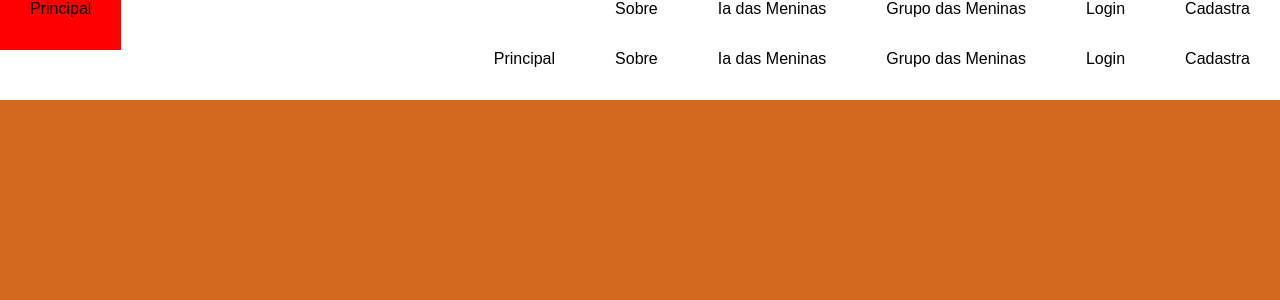
Repository: joaobatistafrontend/pref
Page: http://localhost/
These files come from the project's save history. The page is drawn as it stood at one moment and after the next save; the edit follows.
The browser window is 1280 px wide. The pictures show the whole page.
The page is served by the project's application, run on Django 4.2 (manage.py). Other server files are loaded and not shown.

Above is the page before, as saved 2024-07-26 15:04:01.

### templates/index.html
{% load  static %}
<!DOCTYPE html>
<html lang="en">
<head>
    <meta charset="UTF-8">
    <meta name="viewport" content="width=device-width, initial-scale=1.0">
    <title>Document</title>

    {% load static %}
    <link rel="stylesheet" href="{% static 'css/index.css' %}"></head>
<body>
        <nav>
            <ul>
                <li><a href="">Principal</a></li>
                <li><a href="">Sobre</a></li>
                <li><a href="">Ia das Meninas</a></li>
                <li><a href="">Grupo das Meninas</a></li>
                <li><a href="">Login</a></li>
                <li><a href="">Cadastra</a></li>
                <li class="menu-button"><a href=""><img src="{% static 'img/burger-menu-svgrepo-com.svg' %}" alt=""></a></li>
            </ul>
            <ul>
                <li class="menu-button"><a href=""><img src="{% static 'img/burger-menu-svgrepo-com.svg' %}" alt=""></a></li>
                <li><a href="">Principal</a></li>
                <li><a href="">Sobre</a></li>
                <li><a href="">Ia das Meninas</a></li>
                <li><a href="">Grupo das Meninas</a></li>
                <li><a href="">Login</a></li>
                <li><a href="">Cadastra</a></li>
            </ul>


        </nav>
</body>
</html>

### chat_app/views.py
#https://espere.in/Build-your-chatbot-with-the-power-of-Gemini-API-using-Django/
from django.shortcuts import render, reverse
from django.contrib.auth.decorators import login_required
from .models import ChatBot
from django.http import HttpResponseRedirect, JsonResponse
import google.generativeai as genai
from .treinamentos import contexto_inicial, contexto_de_estudos
#chave api
genai.configure(api_key="AIzaSyCkg2khwEkqTQ7kYa8gVzsz2bWWpweUEO8")


@login_required
def ask_question(request):
    if request.method == "POST":
        text = request.POST.get("text")#receber o texto do user
        model = genai.GenerativeModel("gemini-pro")#modelo da ia

        chat = model.start_chat()#iniciar um chat

        #receber o texto do usuario como parametro
        response = chat.send_message(f"O assunto que vamos conversar é sobre responder perguntas frequentes e prestar suporte a assuntos relacionados às políticas públicas voltadas para as mulheres. Tenha conhecimento e forneça aconselhamento acessível para o {user}. Use as seguintes leis e contextos para ajudar: {contexto_inicial} e {contexto_de_estudos}. Foque em dados do Ceará. Mantenha o foco em responder perguntas frequentes e prestar suporte a assuntos relacionados às políticas públicas voltadas para as mulheres."
)
        user = request.user #ususario
        ChatBot.objects.create(text_input=text, gemini_output=response.text, user=user)#criar um batepapo

        response_data = {#extrair apenas a resposta
            "text": response.text,  #tranforma a resposta em texto
        }
        return JsonResponse({"data": response_data})
    else:
        return HttpResponseRedirect(
            reverse("chat")
        )


@login_required
def chat(request):
    user = request.user #saber o user autenticado
    chats = ChatBot.objects.filter(user=user)
    return render(request, "chat_bot.html", {"chats": chats})

def index(request):

    return render(request, "index.html")

### chatbot/urls.py

from django.contrib import admin
from django.urls import path, include

urlpatterns = [
    path('admin/', admin.site.urls),
    path('', include('chat_app.urls'))
]

### chat_app/urls.py

from django.contrib import admin
from django.urls import path, include
from . import views

urlpatterns = [
    path("", views.index, name="index"),
    path("ask_question/", views.ask_question, name="ask_question"),
]

### chat_app/treinamentos.py
#visão geral das políticas públicas para mulheres no Brasil
contexto_inicial = (
    "1. Visão Geral: As políticas públicas para as mulheres no Brasil têm evoluído ao longo dos anos, refletindo mudanças nas normas sociais, avanços no movimento feminista e maior reconhecimento dos direitos das mulheres.\n\n"

    "2. Marcos Históricos:\n"
    "* Criação do Conselho Nacional dos Direitos da Mulher (CNDM) em 1985.\n"
    "* Aprovação da Lei do Divórcio (Lei 6.515/1977) e da Lei dos Crimes Hediondos (Lei 8.072/1990), que incluía o feminicídio como crime hediondo.\n"
    "* Aprovação da Lei de Igualdade Salarial (Lei 7.855/1989).\n"
    "* Criação das Delegacias de Defesa da Mulher.\n\n"

    "3. Leis e Programas Recentes:\n"
    "* Aprovação da Lei Maria da Penha em 2006.\n"
    "* Criação do Programa Bolsa Família em 2003.\n"
    "* Criação do Programa de Assistência Integral à Saúde da Mulher (PAISM).\n"
    "* Política Nacional de Enfrentamento à Violência contra as Mulheres.\n\n"

    "4. Outras Iniciativas Importantes:\n"
    "* Lei de Cotas para Mulheres em Eleições em 1997.\n"
    "* Criação do Programa Pronatec Mulheres em 2011.\n"
    "* Aprovação da Lei do Feminicídio (Lei 13.104/2015).\n\n"

    "5. Medidas Recentes:\n"
    "* Lei da Importunação Sexual (Lei 13.718/2018).\n"
    "* Criação do Ligue 180 em 2013.\n"
    "* Plano Nacional de Políticas para as Mulheres (PNPM).\n"
    "* Política Nacional de Saúde Mental e Direitos das Mulheres.\n"
    "* Medidas para Promover a Igualdade de Gênero no Mercado de Trabalho.\n\n"
)

contexto_de_estudos = (
    "1. Legislação e Normas:\n"
    "  * Leis federais e estaduais: Lei Maria da Penha, Lei do Feminicídio, etc.\n"
    "  * Decretos e portarias.\n"
    "  * Normas técnicas.\n\n"

    "2. Programas e Iniciativas:\n"
    "  * Programas governamentais.\n"
    "  * Iniciativas de ONGs.\n\n"

    "3. Serviços Disponíveis:\n"
    "  * Centros de Atendimento.\n"
    "  * Telefones de Emergência.\n\n"

    "4. Estatísticas e Estudos:\n"
    "  * Dados estatísticos.\n"
    "  * Estudos e pesquisas.\n\n"

    "5. Direitos e Benefícios:\n"
    "  * Direitos das mulheres.\n"
    "  * Benefícios sociais.\n\n"

    "6. Processos e Procedimentos:\n"
    "  * Como acessar serviços.\n"
    "  * Procedimentos legais.\n\n"

    "7. Educação e Capacitação:\n"
    "  * Cursos e treinamentos.\n"
    "  * Campanhas educativas.\n\n"

    "8. Informações Regionais:\n"
    "  * Especificidades locais.\n\n"

    "Fontes de Dados:\n"
    "  * Sites oficiais do governo.\n"
    "  * Organizações internacionais.\n"
    "  * Instituições de pesquisa.\n"
    "  * Documentos legais.\n"
)

### static/css/index.css
*{
    margin: 0;
    padding: 0;
    font-family:sans-serif;
}
body{
    height: 100vh;
    background-color: chocolate;
    /* background: linear-gradient(transparent, #213444); */
    font-family: Arial, Helvetica, sans-serif;

}
nav{
    background-color: #fff;
}

nav ul{
    width: 100%;
    list-style: none;
    display: flex;
    justify-content: flex-end;
    align-items: center;
}
nav li{
    height: 50px;
}
nav a {
    height: 100%;
    padding: 0 30px;
    text-decoration: none;
    display: flex;
    align-self: center;
    color: #000;
}
nav a:hover{
    background-color: red;
}
nav li:first-child{
    margin-right: auto;
}
.menu-button{
    display: none;
}

### static/img/burger-menu-svgrepo-com.svg
<?xml version="1.0" encoding="utf-8"?><!-- Uploaded to: SVG Repo, www.svgrepo.com, Generator: SVG Repo Mixer Tools -->
<svg width="800px" height="800px" viewBox="0 0 24 24" fill="none" xmlns="http://www.w3.org/2000/svg">
<path d="M4 18L20 18" stroke="#000000" stroke-width="2" stroke-linecap="round"/>
<path d="M4 12L20 12" stroke="#000000" stroke-width="2" stroke-linecap="round"/>
<path d="M4 6L20 6" stroke="#000000" stroke-width="2" stroke-linecap="round"/>
</svg>

After the next save:
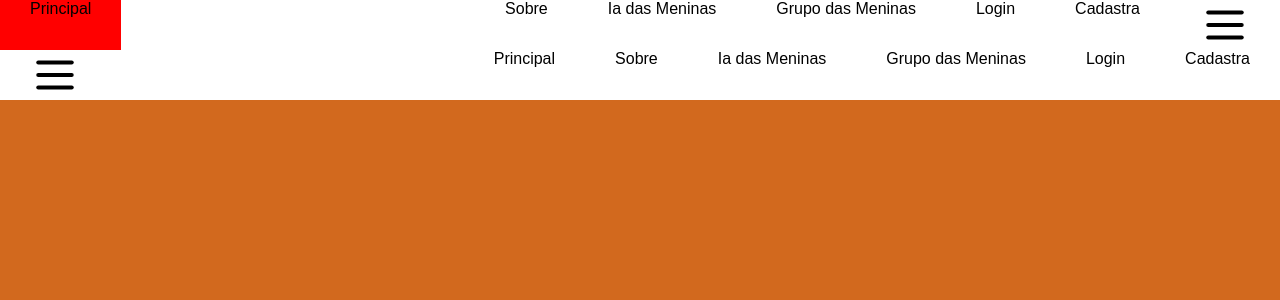
Saved 8 s later.
--- a/static/css/index.css
+++ b/static/css/index.css
@@ -38,6 +38,3 @@
 nav li:first-child{
     margin-right: auto;
 }
-.menu-button{
-    display: none;
-}

After the save that followed:
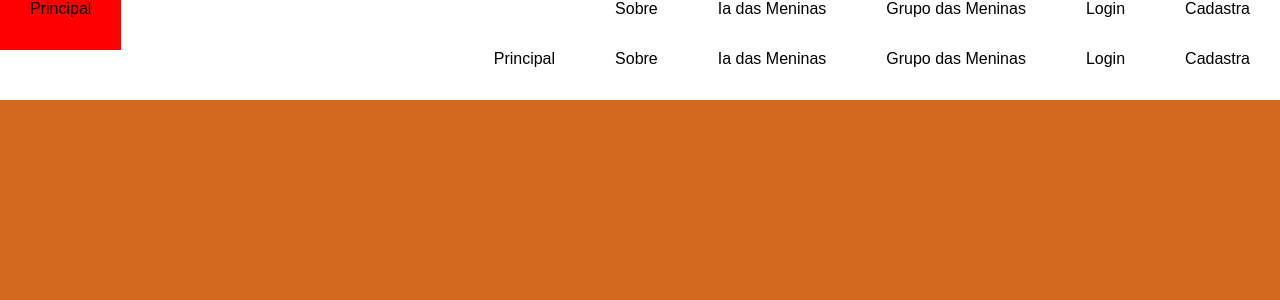
Saved 11 s later.
--- a/static/css/index.css
+++ b/static/css/index.css
@@ -38,3 +38,6 @@
 nav li:first-child{
     margin-right: auto;
 }
+.menu-button{
+    display: none;
+}
